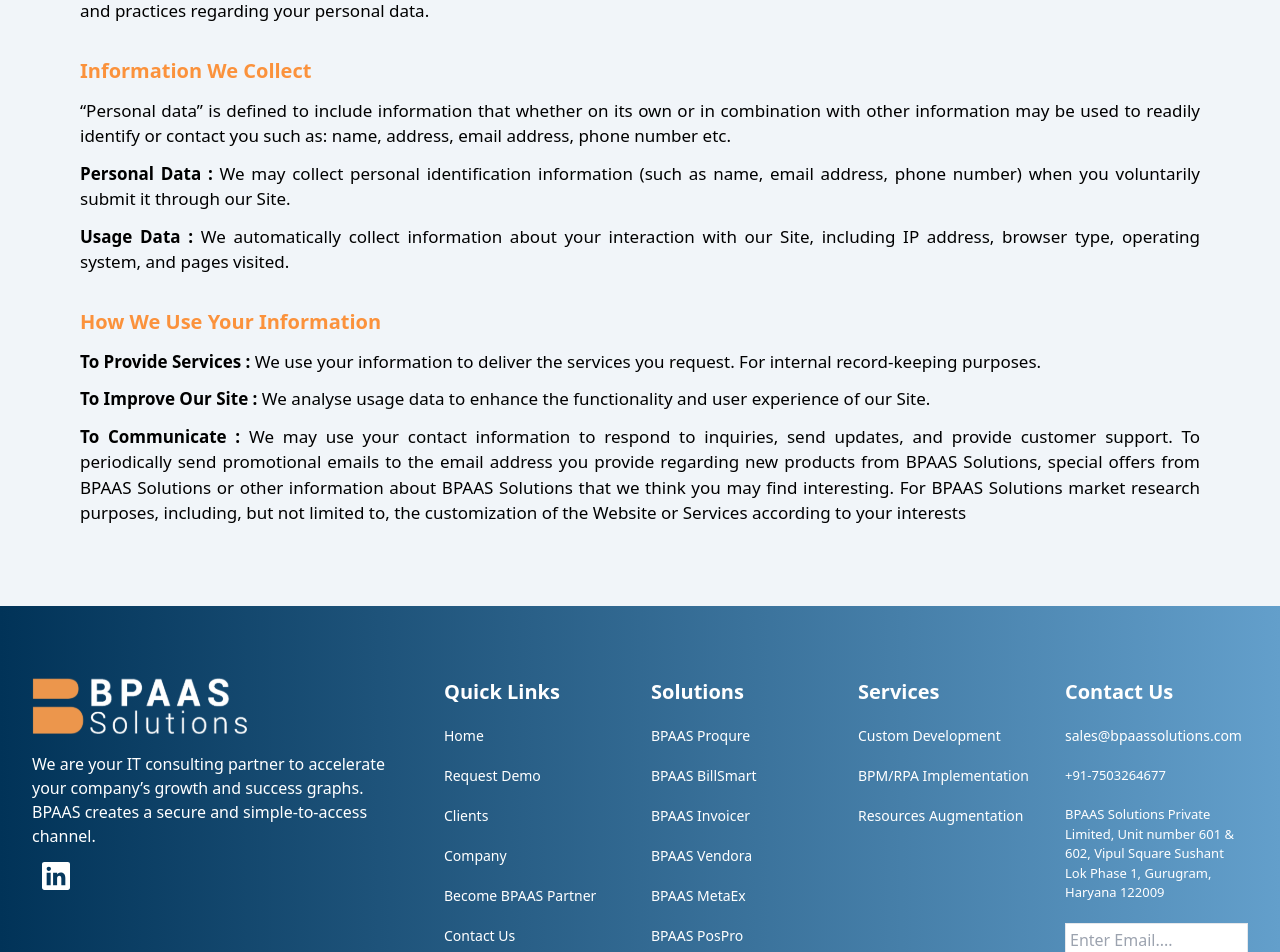
Repository: captainalpha/BP-Website
Page: /services/bp-services
These files come from the project's save history. The page is drawn as it stood at one moment and after the next save; the edit follows.
The browser window is 1280 px wide. The pictures show the part of the page from y = 900 to 1852 px (the page is 2053 px tall).
The project was rebuilt for these pictures with package versions that can differ from the ones it lists, and the page was loaded fresh each time. The framework's server and built-in components were replaced by stand-ins that run in the browser. Also part of the build but not shown: next.config.js, components/common/TopBanner.js, components/common/SectionHeader.js.

Above is the page before, as saved 2024-08-13 15:34:23.

### pages/_app.js
import Navbar from "../components/common/Navbar";
import "../styles/globals.css";
import Footer from "../components/common/Footer";

import "swiper/css";
import "swiper/css/navigation";
import "swiper/css/pagination";



import { motion, AnimatePresence } from "framer-motion";
import CookiesMain from "../components/common/CookiesMain";

// import styles from './slider.module.scss'
function MyApp({ Component, pageProps, router }) {
  const spring = {
    type: "spring",
    damping: 20,
    stiffness: 100,
    when: "afterChildren",
  };
  return (
    <>
      <div className="z-50 scroll-smooth">
        <Navbar />
      </div>
      <AnimatePresence>
        <div className="page-transition-wrapper">
          <motion.div
            transition={spring}
            key={router.pathname}
            initial={{ y: -300, opacity: 0 }}
            animate={{ y: 0, opacity: 1 }}
            exit={{ y: 300, opacity: 0 }}
            id="page-transition-container"
          >
            <Component {...pageProps} /> <Footer />{" "}
            <CookiesMain/>
          </motion.div>
        </div>
      </AnimatePresence>
    </>
  );
}

export default MyApp;

### pages/services/bp-services.js
import TopBanner from "../../components/common/TopBanner";
import SectionHeader from "../../components/common/SectionHeader";
import TopBanner2 from "../../components/common/TopBanner2";
import Image from "next/image";
import Link from "next/link";

function BpServices() {
  return (
    <div>
      <div className="relative">
        <TopBanner2
          image={"/images/policy-service2.jpg"}
          title="Privacy Policy"
          discription="This Privacy Policy explains how we collect, use, disclose, and safeguard your information when you visit our website."
          btnShow={false}
        />
        <div className="absolute top-[1em] right-[10em]">
          <Image
            src="/images/privacypolicy2.png"
            className="w-1/2 mx-auto"
            width="500"
            height="500"
            alt="customer-developement"
          />
        </div>
      </div>

      <div className=" bg-slate-100  p-[5em]">
        <div className="container mx-auto max-w-6xl">
          <div className="text-left">
            <h1 className="lg:text-4xl text-3xl font-bold capitalize ">
              <span>Privacy</span>{" "}
              <span className="text-[#fb923c]">Statement</span>
            </h1>
          </div>
          <div className="mt-5">
            <p className="text-[17px] text-justify">
              Effective Date: 12th Aug 2024 <br />
              <br /> BPAAS Solutions Pvt. Ltd. (&ldquo;we,&rdquo;
              &ldquo;our,&rdquo; &ldquo;us&rdquo;) is committed to protecting
              your privacy. This Privacy Policy explains how we collect, use,
              disclose, and safeguard your information when you visit our
              website&nbsp;
              <Link passHref href="/">
                <a className="text-sky-600 hover:text-[#fb923c]">
                  bpaassolutions.com
                </a>
              </Link>
              . Please read this policy carefully to understand our views and
              practices regarding your personal data.
            </p>
          </div>
          <div className="mt-[2em]">
            <h1 className="text-[20px] font-bold text-[#fb923c]">
              Information We Collect
            </h1>
            <p className="text-[17px] text-justify mt-3">
              &ldquo;Personal data&rdquo; is defined to include information that
              whether on its own or in combination with other information may be
              used to readily identify or contact you such as: name, address,
              email address, phone number etc.
            </p>
            <p className="text-[17px] text-justify mt-3">
              <b>Personal Data :</b> We may collect personal identification
              information (such as name, email address, phone number) when you
              voluntarily submit it through our Site.
            </p>
            <p className="text-[17px] text-justify mt-3">
              <b>Usage Data :</b> We automatically collect information about
              your interaction with our Site, including IP address, browser
              type, operating system, and pages visited.
            </p>
          </div>

          <div className="mt-[2em]">
            <h1 className="text-[20px] font-bold text-[#fb923c]">
              How We Use Your Information
            </h1>
            <p className="text-[17px] text-justify mt-3">
              <b>To Provide Services :</b> We use your information to deliver
              the services you request. For internal record-keeping purposes.
            </p>
            <p className="text-[17px] text-justify mt-3">
              <b>To Improve Our Site :</b> We analyse usage data to enhance the
              functionality and user experience of our Site.
            </p>
            <p className="text-[17px] text-justify mt-3">
              <b>To Communicate :</b> We may use your contact information to
              respond to inquiries, send updates, and provide customer
              support. To periodically send promotional emails to the email
              address you provide regarding new products from BPAAS Solutions,
              special offers from BPAAS Solutions or other information about
              BPAAS Solutions that we think you may find interesting. For BPAAS
              Solutions market research purposes, including, but not limited to,
              the customization of the Website or Services according to your
              interests
            </p>
          </div>
        </div>
      </div>
    </div>
  );
}

export default BpServices;

### styles/globals.css
@tailwind base;
@tailwind components;
@tailwind utilities;

.mySwiper {
  padding: 0 3rem;
}
.swiper-button-next {
  color: white;
  font-size: 20px !important;
}
.swiper-button-prev {
  color: white;
  font-size: 20px !important;
}
.swiper-button-prev:after {
  color: white;
  font-size: 20px !important;
}
.swiper-button-next:after {
  color: white;
  font-size: 20px !important;
}
.container-bpaas{
  max-width: 1100px;
}

/* .swiper-button-prev {

  background-image: url("data:[embedded picture, 251 characters]");
} */
.swiper-button-prev:after {

  border: 2px solid white;
  border-radius: 30%;
  /* width: 25%; */
  background: #ec964c;
  padding: 20%;
}
/* .swiper-button-next {
  background-image: url("data:[embedded picture, 251 characters]");
} */
.swiper-button-next:after {

  border: 2px solid white;
  border-radius: 30%;
  /* width: 25%; */
  background: #ec964c;
  padding: 20%;
}

@media only screen and (max-width: 600px) {
  .swiper-button-next:after {
    display: none;
  }
}
@media only screen and (max-width: 600px) {
  .swiper-button-prev:after {
    display: none;
  }
}




/*OEM Modal */
@layer utilities {
  @keyframes modalOpen {
    0% {
      clip-path: polygon(0 0, 0 0, 0 100%, 0 100%);
      opacity: 0;
    }
    100% {
      clip-path: polygon(0 0, 100% 0, 100% 100%, 0 100%);
      opacity: 1;
    }
  }

  @keyframes modalClose {
    0% {
      clip-path: polygon(0 0, 100% 0, 100% 100%, 0 100%);
      opacity: 1;
    }
    100% {
      clip-path: polygon(50% 0, 50% 0, 50% 100%, 50% 100%);
      opacity: 0;
    }
  }

  .animate-modalOpen {
    animation: modalOpen 0.5s forwards;
  }

  .animate-modalClose {
    animation: modalClose 0.5s forwards;
  }

  .custom-aspect-ratio {
    box-shadow: rgba(149, 157, 165, 0.2) 0px 8px 24px;
    aspect-ratio: 3 / 2;
  }
}

### components/common/Footer.js
import Image from "next/image";
import Link from "next/link";

export default function Footer() {
  return (
    <footer className=" bg-gradient-to-r from-primary to-secondary text-white p-5 md:p-8">
      <div className="  py-10 ">
        <div className="lg:grid lg:grid-cols-9 gap-5">
          <div className="w-full  lg:col-span-3">
            <div className=" space-y-3">
              <div className="">
                <Image
                  alt=""
                  src={require("../../assets/bpass-logo-white.svg")}
                />
              </div>

              <p className="max-w-sm mt-4 ">
                We are your IT consulting partner to accelerate your company’s
                growth and success graphs. BPAAS creates a secure and
                simple-to-access channel.
              </p>

              <div className="flex mt-4 ">
                <a
                  href="https://www.linkedin.com/company/bpaas-solutions-pvt-ltd/"
                  className="mx-2 "
                  aria-label="Linkden"
                >
                  <svg className="w-8 h-8 fill-current" viewBox="0 0 512 512">
                    <path d="M444.17,32H70.28C49.85,32,32,46.7,32,66.89V441.61C32,461.91,49.85,480,70.28,480H444.06C464.6,480,480,461.79,480,441.61V66.89C480.12,46.7,464.6,32,444.17,32ZM170.87,405.43H106.69V205.88h64.18ZM141,175.54h-.46c-20.54,0-33.84-15.29-33.84-34.43,0-19.49,13.65-34.42,34.65-34.42s33.85,14.82,34.31,34.42C175.65,160.25,162.35,175.54,141,175.54ZM405.43,405.43H341.25V296.32c0-26.14-9.34-44-32.56-44-17.74,0-28.24,12-32.91,23.69-1.75,4.2-2.22,9.92-2.22,15.76V405.43H209.38V205.88h64.18v27.77c9.34-13.3,23.93-32.44,57.88-32.44,42.13,0,74,27.77,74,87.64Z" />
                  </svg>
                </a>

                {/* <a href="/contact-us" className="mx-2 " aria-label="Facebook">
                  <svg className="w-4 h-4 fill-current" viewBox="0 0 512 512">
                    <path d="M455.27,32H56.73A24.74,24.74,0,0,0,32,56.73V455.27A24.74,24.74,0,0,0,56.73,480H256V304H202.45V240H256V189c0-57.86,40.13-89.36,91.82-89.36,24.73,0,51.33,1.86,57.51,2.68v60.43H364.15c-28.12,0-33.48,13.3-33.48,32.9V240h67l-8.75,64H330.67V480h124.6A24.74,24.74,0,0,0,480,455.27V56.73A24.74,24.74,0,0,0,455.27,32Z" />
                  </svg>
                </a>

                <a href="/contact-us" className="mx-2 " aria-label="Twitter">
                  <svg className="w-4 h-4 fill-current" viewBox="0 0 512 512">
                    <path d="M496,109.5a201.8,201.8,0,0,1-56.55,15.3,97.51,97.51,0,0,0,43.33-53.6,197.74,197.74,0,0,1-62.56,23.5A99.14,99.14,0,0,0,348.31,64c-54.42,0-98.46,43.4-98.46,96.9a93.21,93.21,0,0,0,2.54,22.1,280.7,280.7,0,0,1-203-101.3A95.69,95.69,0,0,0,36,130.4C36,164,53.53,193.7,80,211.1A97.5,97.5,0,0,1,35.22,199v1.2c0,47,34,86.1,79,95a100.76,100.76,0,0,1-25.94,3.4,94.38,94.38,0,0,1-18.51-1.8c12.51,38.5,48.92,66.5,92.05,67.3A199.59,199.59,0,0,1,39.5,405.6,203,203,0,0,1,16,404.2,278.68,278.68,0,0,0,166.74,448c181.36,0,280.44-147.7,280.44-275.8,0-4.2-.11-8.4-.31-12.5A198.48,198.48,0,0,0,496,109.5Z" />
                  </svg>
                </a> */}
              </div>
            </div>
          </div>

          <div className="mt-6 lg:mt-0 lg:flex-1 lg:col-span-6">
            <div className="grid grid-cols-2 gap-6 sm:grid-cols-3 md:grid-cols-4">
              <div className="space-y-5">
                <h3 className="text-xl font-bold ">Quick Links</h3>
                <Link passHref href="/">
                  <a className="block  text-sm  hover:underline hover:text-orange">
                    Home
                  </a>
                </Link>

                <Link passHref href="/request-demo">
                  <a className="block  text-sm  hover:underline hover:text-orange">
                    Request Demo
                  </a>
                </Link>
                <Link passHref href="/clients">
                  <a className="block  text-sm  hover:underline hover:text-orange">
                    Clients
                  </a>
                </Link>
                <Link passHref href="/about-us">
                  <a className="block  text-sm  hover:underline hover:text-orange">
                    Company
                  </a>
                </Link>
                <Link passHref href="/become-partner">
                  <a className="block  text-sm  hover:underline hover:text-orange">
                    Become BPAAS Partner
                  </a>
                </Link>
                <Link passHref href="/contact-us">
                  <a className="block  text-sm  hover:underline hover:text-orange">
                    Contact Us
                  </a>
                </Link>
              </div>

              <div className="space-y-5">
                <h3 className="text-xl font-bold">Solutions</h3>
                <Link passHref href="/solutions/bpaas-proqure">
                  <a className="block  text-sm  hover:underline hover:text-orange">
                    BPAAS Proqure
                  </a>
                </Link>
                <Link passHref href="/solutions/bpaas-billsmart">
                  <a className="block  text-sm  hover:underline hover:text-orange">
                    BPAAS BillSmart
                  </a>
                </Link>
                <Link passHref href="/solutions/bpaas-invoicer">
                  <a className="block  text-sm  hover:underline hover:text-orange">
                    BPAAS Invoicer
                  </a>
                </Link>
                <Link passHref href="/solutions/bpaas-vendora">
                  <a className="block  text-sm  hover:underline hover:text-orange">
                    BPAAS Vendora
                  </a>
                </Link>
                {/* <Link passHref href="/solutions/bpaas-smartex">
                  <a className="block  text-sm  hover:underline hover:text-orange">
                    BPAAS SmartEx
                  </a>
                </Link> */}
                <a
                  className="block  text-sm  hover:underline hover:text-orange"
                  href="https://metasolve.io/"
                  target="_blank"
                  rel="noreferrer"
                >
                  BPAAS MetaEx
                </a>
                <Link passHref href="/solutions/bpaas-pospro">
                  <a className="block  text-sm  hover:underline hover:text-orange">
                    BPAAS PosPro
                  </a>
                </Link>
              </div>

              <div className="space-y-5">
                <h3 className=" text-xl font-bold  ">Services</h3>

                <Link passHref href="/services/custom-development">
                  <a className="block  text-sm  hover:underline hover:text-orange">
                    Custom Development
                  </a>
                </Link>
                <Link passHref href="/services/bpm-rpa-implementation">
                  <a className="block  text-sm  hover:underline hover:text-orange">
                    BPM/RPA Implementation
                  </a>
                </Link>
                <Link passHref href="/services/resource-augmentation">
                  <a className="block  text-sm  hover:underline hover:text-orange">
                    Resources Augmentation
                  </a>
                </Link>
              </div>

              <div className="space-y-5">
                <h3 className=" text-xl font-bold ">Contact Us</h3>
                {/* <span className="block  text-sm  hover:underline hover:text-orange">
                  abhishek.kumar@bpaassolutions.com
                </span> */}
                <span className="block  text-sm  hover:underline hover:text-orange">
                  sales@bpaassolutions.com
                </span>
                <span className="block  text-[13px]  hover:underline hover:text-orange">
                  +91-7503264677
                </span>
                <span className="block  text-[13px]  hover:underline hover:text-orange">
                  BPAAS Solutions Private Limited, Unit number 601 & 602, Vipul
                  Square Sushant Lok Phase 1, Gurugram, Haryana 122009
                </span>
                <input
                  className="block p-1 outline-none border text-black w-full"
                  placeholder="Enter Email...."
                />
                <button className="text-sm bg-orange px-2 py-1 w-full">
                  Submit
                </button>
              </div>
            </div>
          </div>
        </div>
      </div>
      <hr className="h-1 w-full my-6 bg-gray-300 border-none " />

      <div className="flex justify-between">
        <div>
          <p className="text-center text-white">
            Copyright © 2024 BPAAS Solutions Pvt. Ltd. | All Rights Reserved
          </p>
        </div>
        <div>
          <Link passHref href="/services/bp-services">
            <a className="block  text-sm  hover:underline hover:text-orange">
            Privacy Policy
            </a>
          </Link>
        </div>
      </div>
    </footer>
  );
}

### components/common/CookiesMain.js
import { useState, useEffect } from 'react';
import Cookies from 'js-cookie';


const CookiesMain = () => {
    const [showBanner, setShowBanner] = useState(false);

  useEffect(() => {
    const consent = Cookies.get('cookie-consent');
    if (!consent) {
      setShowBanner(true);
    }
  }, []);

  const acceptCookies = () => {
    Cookies.set('cookie-consent', 'true', { expires: 365 });
    setShowBanner(false);
  };

  if (!showBanner) return null;
  return (
    <>

    <div className="fixed bottom-0 left-0 right-0 bg-gray-800 text-white p-4 flex justify-between items-center z-50">
      <span>We use cookies to improve your experience. By using our website, you agree to our cookie policy.</span>
      <button
        onClick={acceptCookies}
        className="bg-orange text-white px-4 md:px-10 py-2"
      >
        Accept
      </button>
    </div>

    </>
  )
}
export default CookiesMain

### components/common/TopBanner2.js
import Link from "next/link";
function TopBanner2({ image, title, discription, onClick,btnShow}) {
  return (
    <div
      style={{ backgroundImage: `url(${image})` }}
      className={`lg:h-[80vh] h-[60vh] mt-20 w-full text-white flex p-10 items-center bg-no-repeat bg-cover `}
    >
      <div className="space-y-4 lg:w-1/2  md:text-left">
        <h1 className="lg:text-5xl text-3xl font-bold capitalize ">{title}</h1>
        <p className="w-full lg:text-xl lg:text-justify tracking-tighter">
          {discription}
        </p>
    {btnShow&&(
        <Link passHref href="/request-demo">
          <button className="px-8 py-2  border-white border-2 hover:bg-orange font-medium text-xl">
            Request Demo
          </button>
        </Link>
    )}
      </div>
    </div>
  );
}

export default TopBanner2;

### tailwind.config.js
module.exports = {
  content: [
    "./pages/**/*.{js,ts,jsx,tsx}",
    "./components/**/*.{js,ts,jsx,tsx}",
  ],
  theme: {
    extend: {
      keyframes: {
        modalOpen: {
          '0%': { transform: 'scale(0)', opacity: 0 },
          '100%': { transform: 'scale(1)', opacity: 1 },
        },
        modalClose: {
          '0%': { transform: 'scale(1)', opacity: 1 },

        },
        fragmentIn: {
          '0%': { opacity: 0, transform: 'translate(-50px, -50px)' },
          '100%': { opacity: 1, transform: 'translate(0, 0)' },
        },
        fragmentOut: {
          '0%': { opacity: 1, transform: 'translate(0, 0)' },
          '100%': { opacity: 0, transform: 'translate(50px, 50px)' },
        },

      },
      animation: {
        modalOpen: 'modalOpen 0.5s ease-out forwards',
        modalClose: 'modalClose 0.5s ease-in forwards',
        fragmentIn: 'fragmentIn 0.5s ease-out forwards',
        fragmentOut: 'fragmentOut 0.5s ease-in forwards',
      },
      backgroundImage: {
        "testimonial-bg": "url('/img/hero-pattern.svg')",
        "testimonial-bgs": "url('/')",
      },
      colors: {
        primary: "#013358",
        secondary: "#639FCB",
        primaryText: "#1D669C",
        orange: "#EC964C",
        glassEffect:
          "linear-gradient(105.47deg, #FFFFFF -13.63%, rgba(255, 255, 255, 0) 108.8%)",
      },
      backgroundSize: {
        "size-200": "200% 200%",
      },
      backgroundPosition: {
        "pos-0": "0% 0%",
        "pos-100": "100% 100%",
      },
    },
    variants: {
      fill: ["hover", "focus"],
    },
    boxShadow: {
      "3xl": "0 35px 60px -15px rgba(0, 0, 0, 0.3)",
    },
  },
  plugins: [],
};

Loaded but not shown: components/common/Navbar.js (726 lines, source omitted)

After the next save:
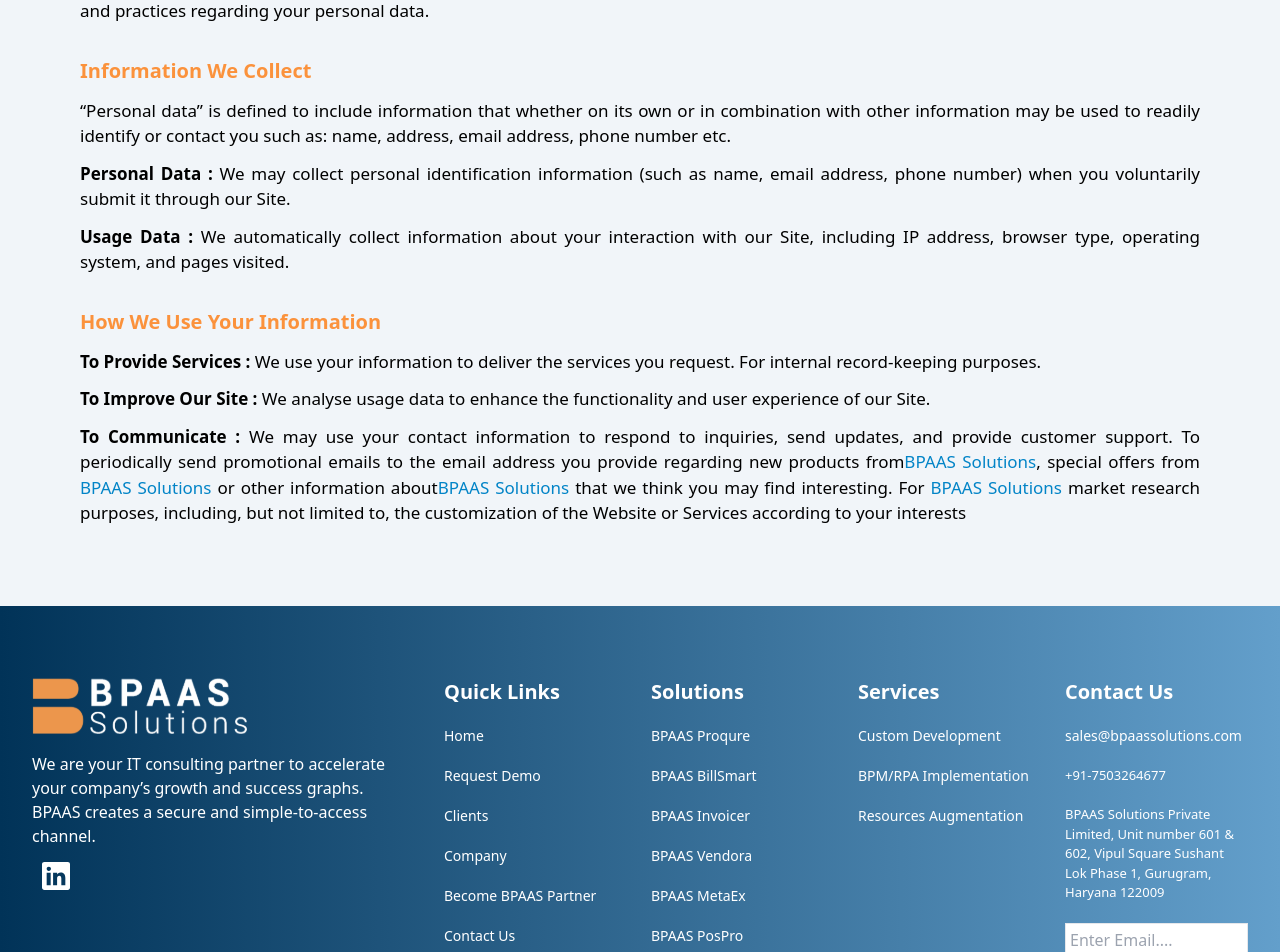
Saved 63 s later.
--- a/pages/services/bp-services.js
+++ b/pages/services/bp-services.js
@@ -88,10 +88,27 @@
               <b>To Communicate :</b> We may use your contact information to
               respond to inquiries, send updates, and provide customer
               support. To periodically send promotional emails to the email
-              address you provide regarding new products from BPAAS Solutions,
-              special offers from BPAAS Solutions or other information about
-              BPAAS Solutions that we think you may find interesting. For BPAAS
-              Solutions market research purposes, including, but not limited to,
+              address you provide regarding new products from
+              <Link passHref href="/">
+                <a className="text-sky-600 hover:text-[#fb923c]">
+                BPAAS Solutions
+                </a>
+              </Link>
+               ,
+              special offers from <Link passHref href="/">
+                <a className="text-sky-600 hover:text-[#fb923c]">
+                BPAAS Solutions
+                </a>
+              </Link> or other information about
+              <Link passHref href="/">
+                <a className="text-sky-600 hover:text-[#fb923c]">
+                BPAAS Solutions
+                </a>
+              </Link> that we think you may find interesting. For <Link passHref href="/">
+                <a className="text-sky-600 hover:text-[#fb923c]">
+                BPAAS Solutions
+                </a>
+              </Link> market research purposes, including, but not limited to,
               the customization of the Website or Services according to your
               interests
             </p>
